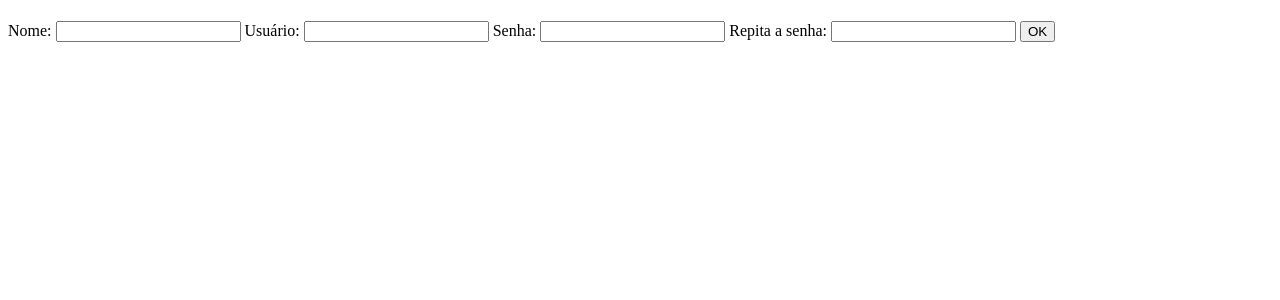
Repository: shamanickCoder/FIAP
Page: http://localhost/09-Livro/cadastro-usuario.jsp
An editor plug-in stored every save of this project. The page is shown before and after the next save, followed by the edit.
The browser window is 1280 px wide. The pictures show the whole page.
The page is served by Tomcat 9.

Above is the page before, as saved 2016-09-15 12:04:36.

After the next save:
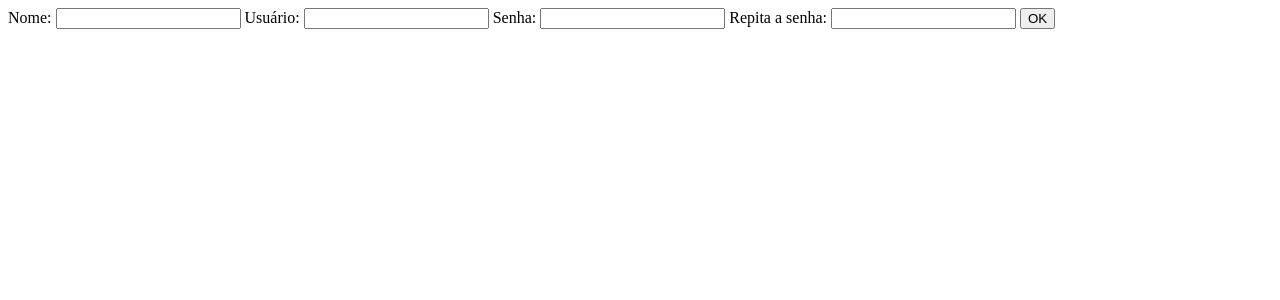
Saved 2 min 12 s later.
--- a/Desenvolvimentos de Sistemas Web/2 semestre/SegundoSemestre/09-Livro/WebContent/cadastro-usuario.jsp
+++ b/Desenvolvimentos de Sistemas Web/2 semestre/SegundoSemestre/09-Livro/WebContent/cadastro-usuario.jsp
@@ -9,7 +9,10 @@
 </head>
 <body>
 <div>
-<h1>${erro}</h1>
+
+<c:if test="${not empty erro}">
+ <div>${erro}</div>
+</c:if>
  <form method = "post" action = "cadastrarUsuario">
   <label>Nome: </label>
   <input type = "text" name = "nome" id = "idNome">
